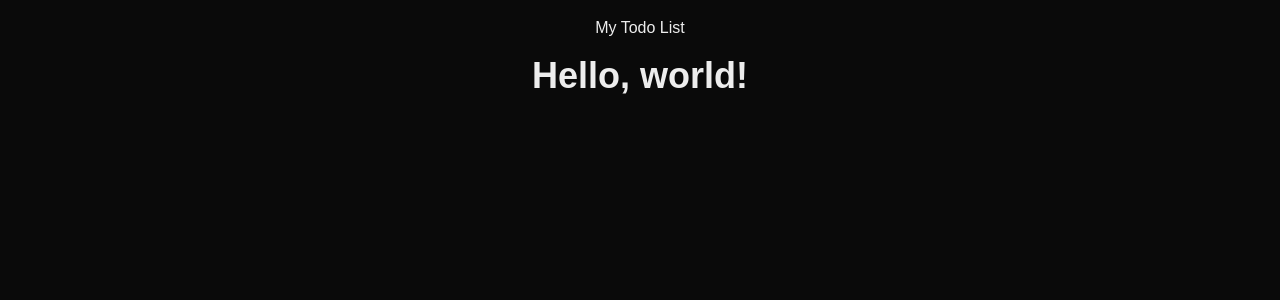
Repository: SergioAcostaTer/playas-canarias
Page: /
The author's editor kept a copy of each file at every save. The page is drawn from the files as they stood at one save, then again after the next save.
The browser window is 1280 px wide. The pictures show the whole page.
The project was rebuilt for these pictures with package versions that can differ from the ones it lists, and the page was loaded fresh each time. The framework's server and built-in components were replaced by stand-ins that run in the browser. Also part of the build but not shown: next.config.ts.

Above is the page before, as saved 2025-01-29 10:56:59.

After the next save:
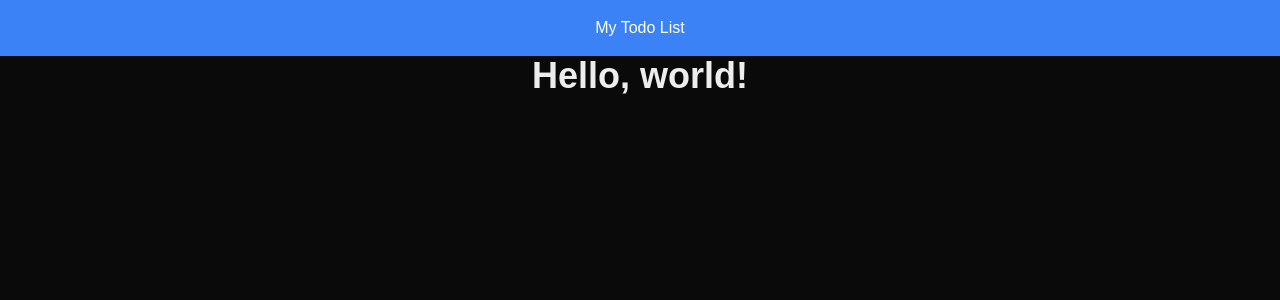
Saved 4 s later.
--- a/src/components/Header.tsx
+++ b/src/components/Header.tsx
@@ -1,6 +1,6 @@
 const Header = () => {
   return (
-    <header className="text-center py-4">
+    <header className="bg-blue-500 text-white text-center p-4">
       <h1>My Todo List</h1>
     </header>
   );
